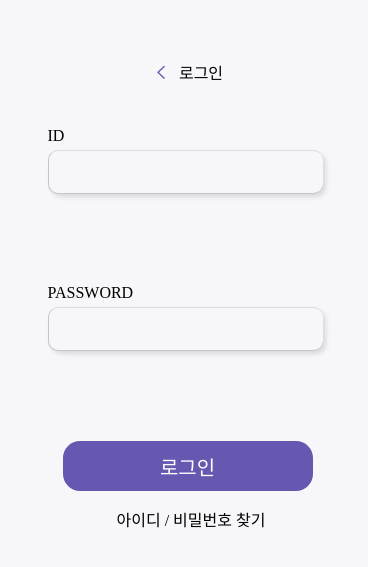
Repository: PEPI-dev/UI
Page: login/login.html
These files come from the project's save history. The page is drawn as it stood at one moment and after the next save; the edit follows.
The browser window is 360 px wide. The page is 368 px wide, so the pictures cover 368 px, including what lies to the right of the window. The pictures show the whole page.
Some web fonts or font styles are not loaded; a fallback is used.

Above is the page before, as saved 2023-12-05 00:46:57.

### login/login.html
<!DOCTYPE html>
<html lang="en">
<head>
    <meta charset="UTF-8">
    <meta name="viewport" content="width=device-width, initial-scale=1.0">
    <title>Login</title>
    <link rel="stylesheet" href="./login.css">
    <link rel ="stylesheet" type="text/css" href="../a_XEIcon-2.2.0/xeicon.min.css">
</head>
<body>

    <div id="div_back"><i class="xi-angle-left" id="back"></i><p id="txt_login">로그인</p></div>

    <form action="#">
        <p class="input_form"><label for="ID" class="txt_input">ID</label><input class="field" id="ID" type="text"></input></p>
        <p class="input_form"><label for="password" class="txt_input">PASSWORD</label><input class="field" id="password" type="password" ></input></p>
        <button id="login">로그인</button>
        <p id="find_id">아이디 / 비밀번호 찾기</p>
    </form>

</body>
</html>

### login/login.css
@font-face {
    font-family: 'main_font';
    src: url(../a_font/NotoSansKR-VariableFont_wght.ttf);
    font-weight: 500;
}

@font-face {
    font-family: 'sub_font';
    src: url(../a_font/SEBANG/SEBANG\ Gothic.ttf);
}

/* 바디 */
body {
    width: 100%;
    background-color: #F7F7F9;
    display: flex;
    flex-direction: column;
    align-items: center;
}

/* 뒤로가기 버튼 */
.xi-angle-left {
    color: #6658B1;
}

#txt_login {
    font-family: 'main_font';
}

#div_back {
    display: flex;
    align-items: center;
    margin-bottom: 10px;
}

#back {
    border: none;
    background: none;
    cursor: pointer;
    margin-right: 10px;
}

/* 입력폼 */

.input_form {
    display: flex;
    flex-direction: column;
    align-items: flex-start;
}

.txt_input {
    margin-bottom: 5px;
}

#login {
    background-color: #6658B1;
    color: white;
    border: 1px solid #E1E1E1;
    font-family: 'main_font';
    font-size: 20px;
    font-weight: 500;
    border-radius: 17px;
    border: 0px;
    width: 277px;
    height: 50px;
}

.field {
    width: 270px;
    height: 40px;
    border-radius: 10px;
    box-shadow: 3px 3px 5px rgba(0, 0, 0, 0.12);
    background-color: #F7F7F9;
    border-width: 0;
    outline: none;
    border: none;
    border-top: 0.2px solid rgba(0, 0, 0, 0.1);
    border-left: 0.5px solid rgba(0, 0, 0, 0.2);
    border-bottom: 0.5px solid rgba(0, 0, 0, 0.2);
}

@media screen and (max-width: 360px) {

    /* 바디 */
    body {
        height: auto;
    }


    /* 뒤로가기 */

    #div_back {
        padding: 1px;
        margin-top: 35px;
    }


    /* 입력폼 */

    .input_form {
        display: flex;
        flex-direction: column;
        align-items: flex-start;
        margin-left: 10px;
        width: 291px;
        margin-bottom: 90px;
    }


    #login {
        width: 250px;
        height: 50px;
        margin-left: 25px;
    }

    .txt_input {
        margin-bottom: 5px;
    }

    #find_id {
        font-family: 'main_font';
        margin-left: 79px;
    }
}

Loaded but not shown: a_XEIcon-2.2.0/xeicon.min.css (library)

After the next save:
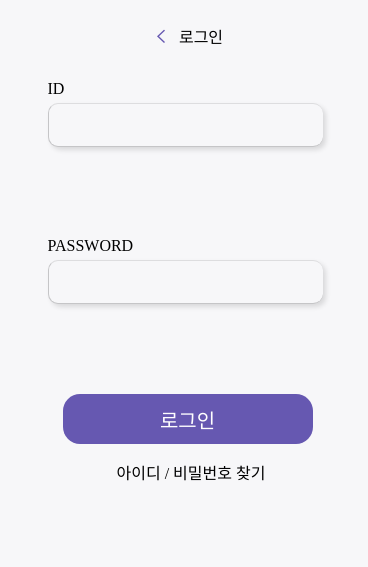
Saved 112 s later.
--- a/login/login.css
+++ b/login/login.css
@@ -89,10 +89,14 @@ body {
 
     /* 뒤로가기 */
 
-    #div_back {
-        padding: 1px;
-        margin-top: 35px;
-    }
+    /* 뒤로가기 버튼 */
+#div_back {
+    display: flex;
+    align-items: center;
+    justify-content: center; /* Center horizontally */
+    margin-bottom: auto; /* Push to the bottom */
+    margin-top: auto; /* Push to the top */
+}
 
 
     /* 입력폼 */
